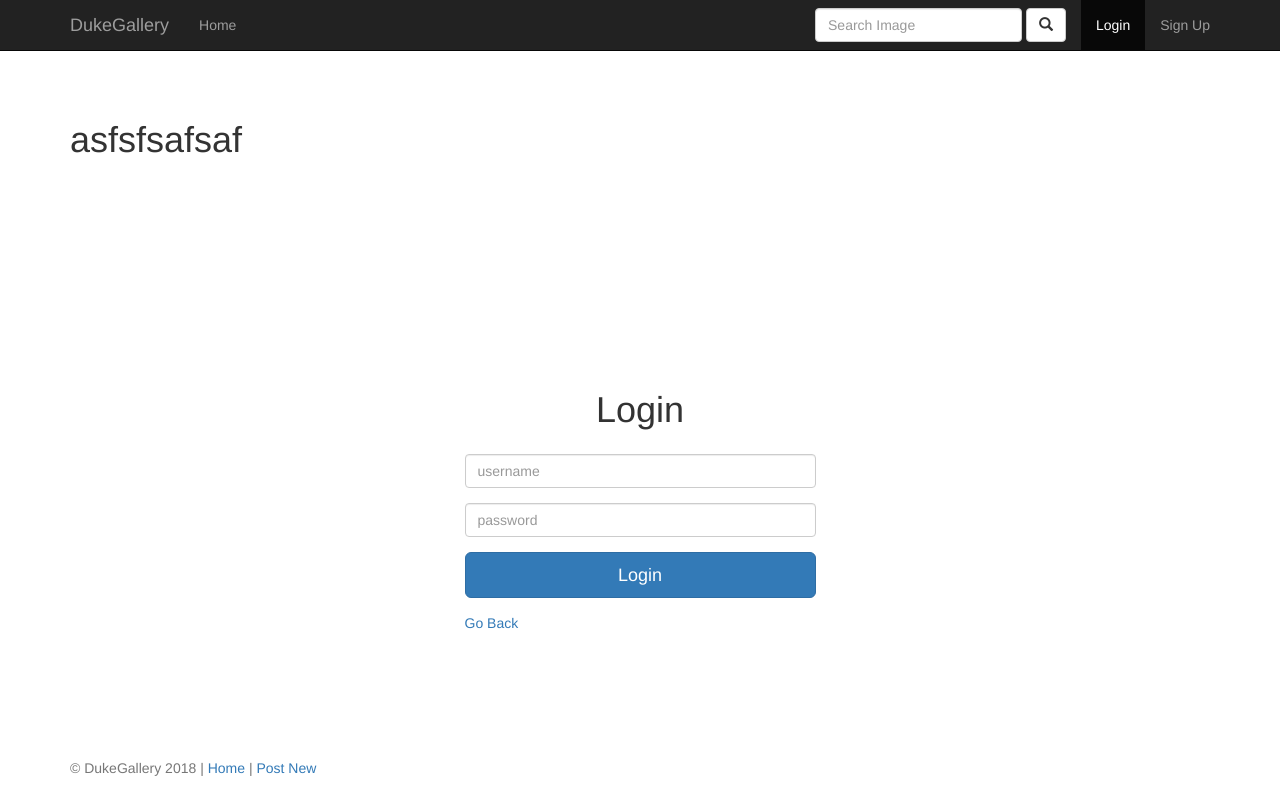
Repository: zhangsi929/Duke_gallery
Page: http://localhost/login
The author's editor kept a record of every edit. The page is drawn from the files as they stood at one moment, then again after the next edit.
The browser window is 1280 px wide. The pictures show the whole page.
Some web libraries are served in a nearby version. The page is served by the project's Node server (app.js).

Above is the page before.

After the next edit:
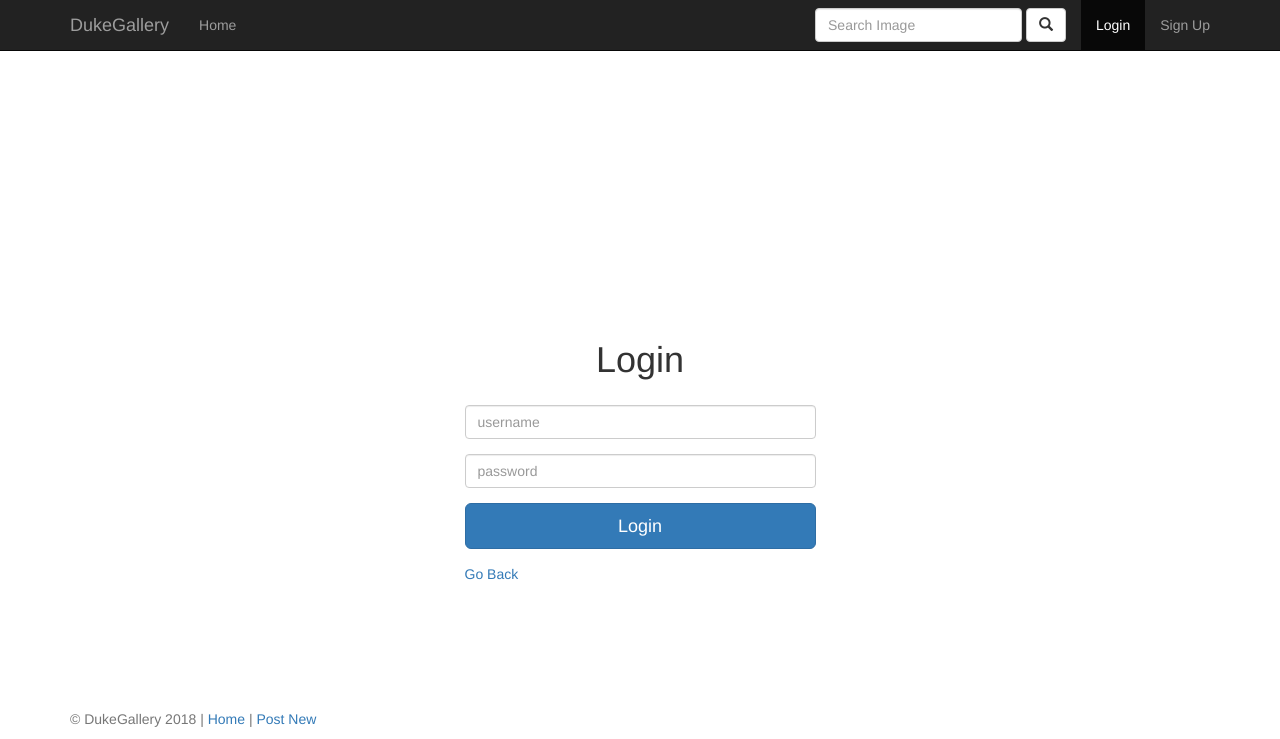
The edit:
--- a/views/partials/header.ejs
+++ b/views/partials/header.ejs
@@ -44,7 +44,7 @@
             </div>
         </nav>
         <div class="container", style="margin: 100px auto;">
-        <h1>asfsfsafsaf</h1>
+        <h1></h1>
         </div>
         <div class="container" ,style="margin: 10px auto;">
             <% if(error && error.length > 0){ %>
